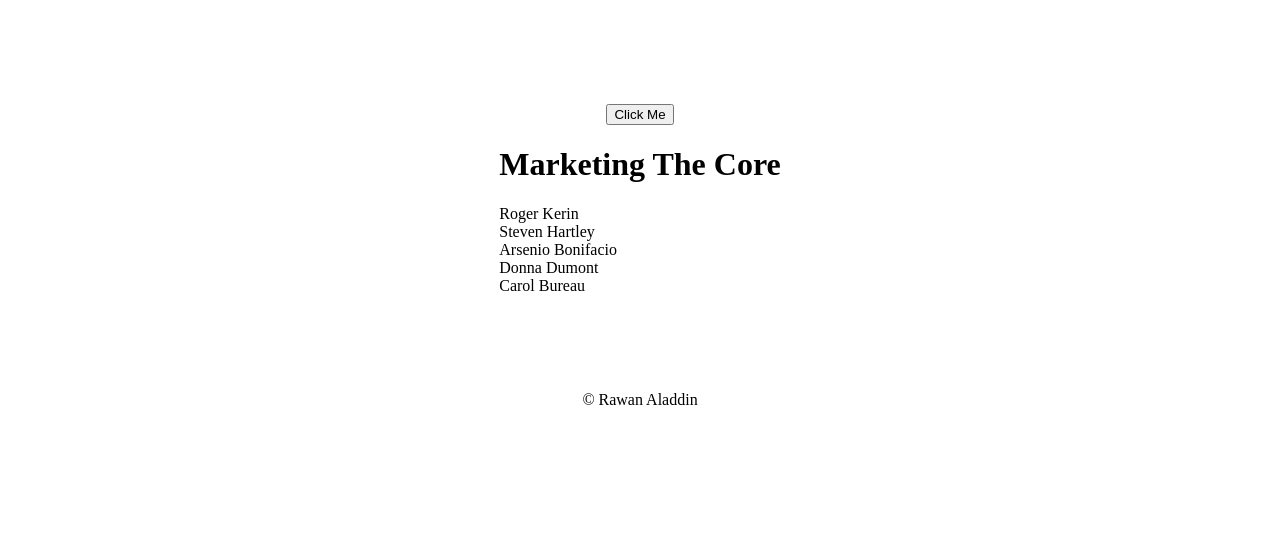
Repository: Aladdin3r/mdia2109
Page: / (app in a01386700_aladdin_assessment_3/), after clicking the first element matching `button`
The author's editor kept a copy of each file at every save. The page is drawn from the files as they stood at one save, then again after the next save.
The browser window is 1280 px wide. The pictures show the whole page.
The project was rebuilt for these pictures with package versions that can differ from the ones it lists, and the page was loaded fresh each time. The framework's server and built-in components were replaced by stand-ins that run in the browser. Also part of the build but not shown: a01386700_aladdin_assessment_3/next.config.mjs.

Above is the page before, as saved 2024-02-13 13:35:34.

After the next save:
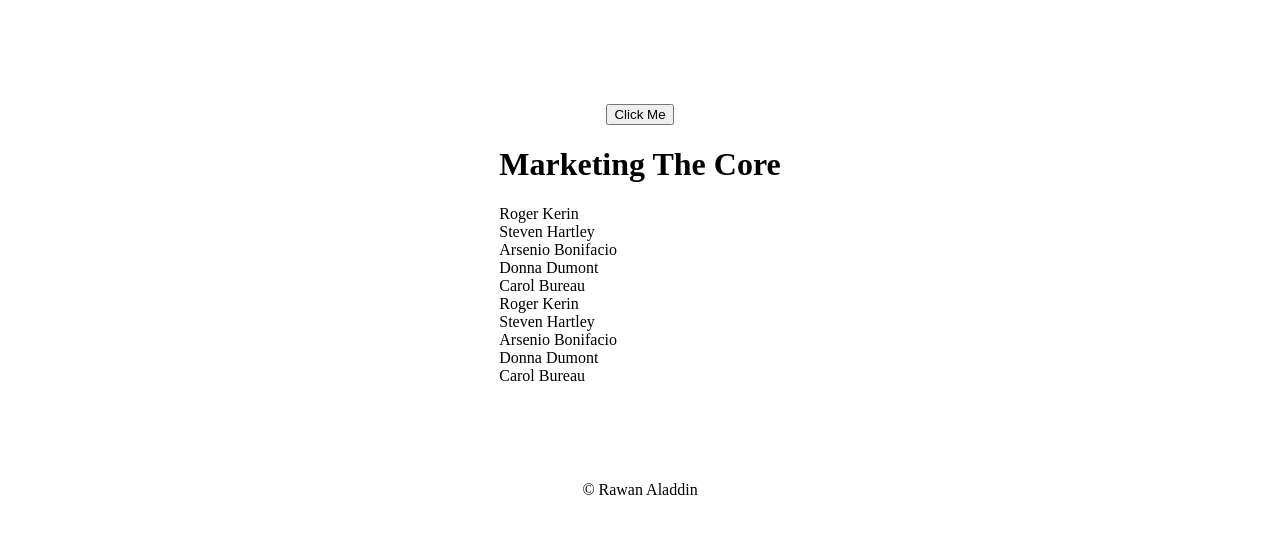
Saved 43 s later.
--- a/a01386700_aladdin_assessment_3/pages/index.js
+++ b/a01386700_aladdin_assessment_3/pages/index.js
@@ -42,6 +42,15 @@
                       )
                     })
                   }
+                  {
+                    b.authors && b.authors.map((a, ind) => {
+                      return(
+                        <div key={ind}>
+                          {a}
+                        </div>
+                      )
+                    })
+                  }
                 </div>
               )
             }
